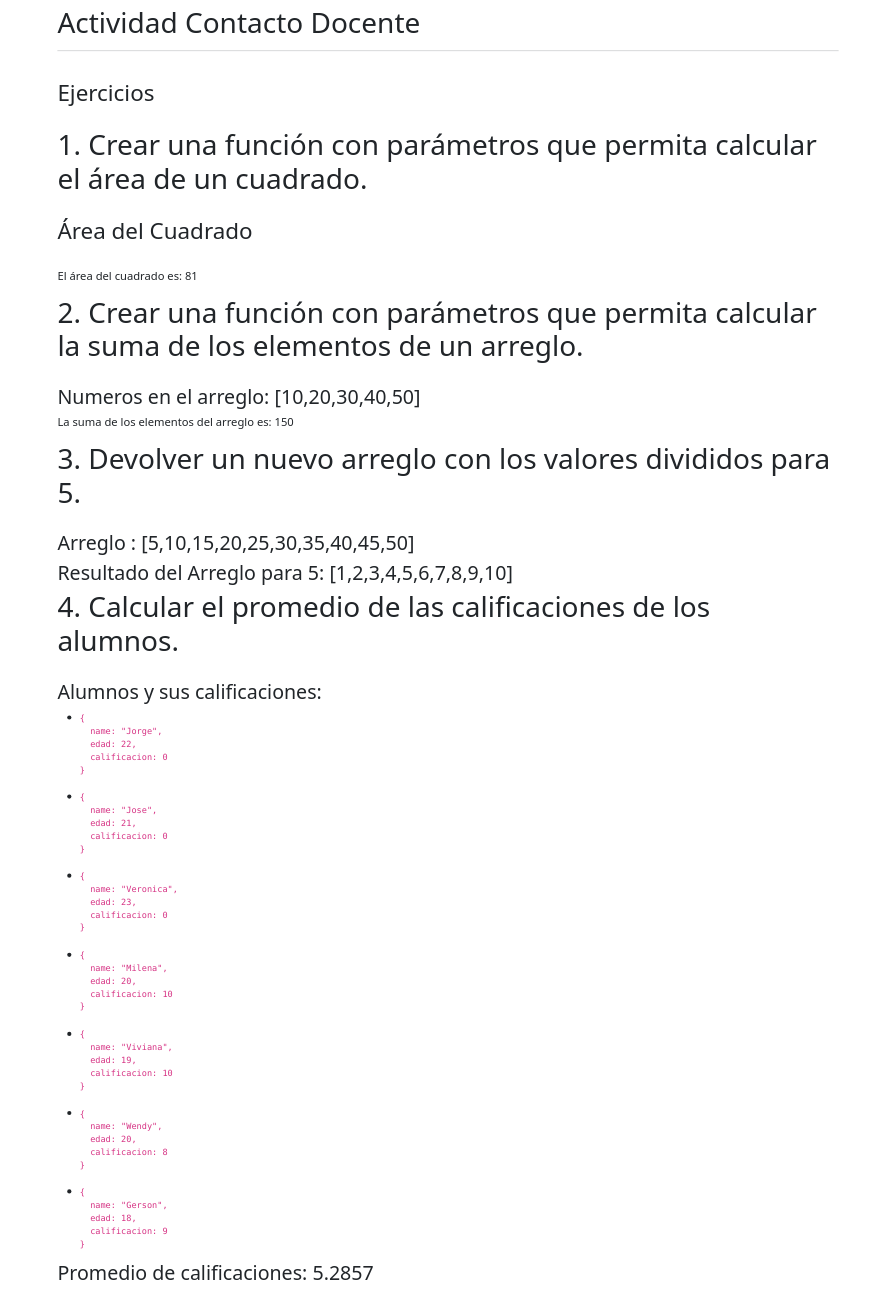
Repository: Jchimbo99/Actvidad1
Page: / (app in typescript-actividad/)
An editor plug-in stored every save of this project. The page is shown before and after the next save, followed by the edit.
The browser window is 1280 px wide. The pictures show the whole page, at 70% of full size.
The project was rebuilt for these pictures with package versions that can differ from the ones it lists, and the page was loaded fresh each time. Also part of the build but not shown: typescript-actividad/vite.config.ts.

Above is the page before, as saved 2025-01-22 21:12:15.

After the next save:
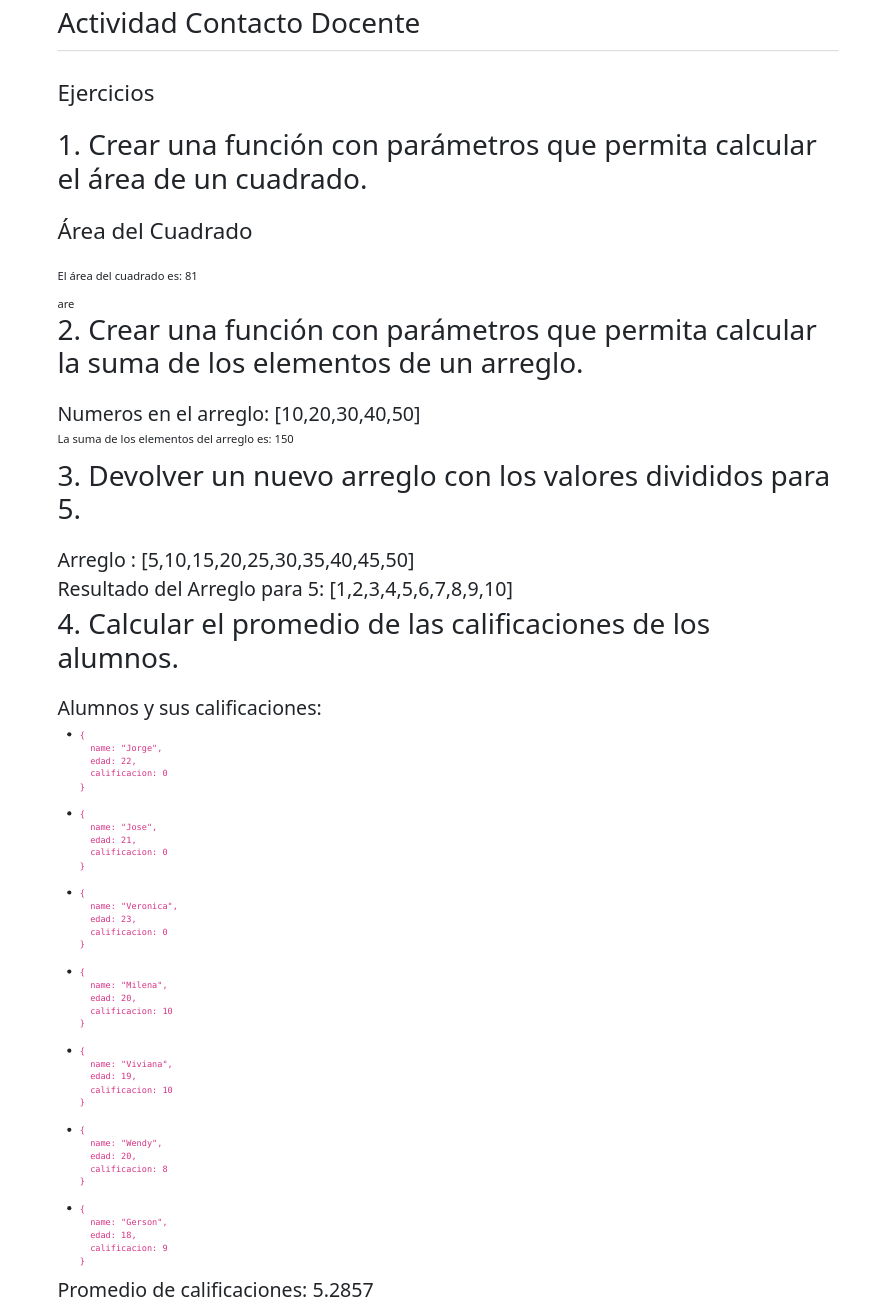
Saved 15 h 52 min later.
--- a/typescript-actividad/src/typescript/AreaCuadrado.tsx
+++ b/typescript-actividad/src/typescript/AreaCuadrado.tsx
@@ -10,6 +10,7 @@
             <h2>Área del Cuadrado</h2>
             <br />
             <p>El área del cuadrado es: {area}</p>
+            are
         </div>
     );
 }

After the save that followed:
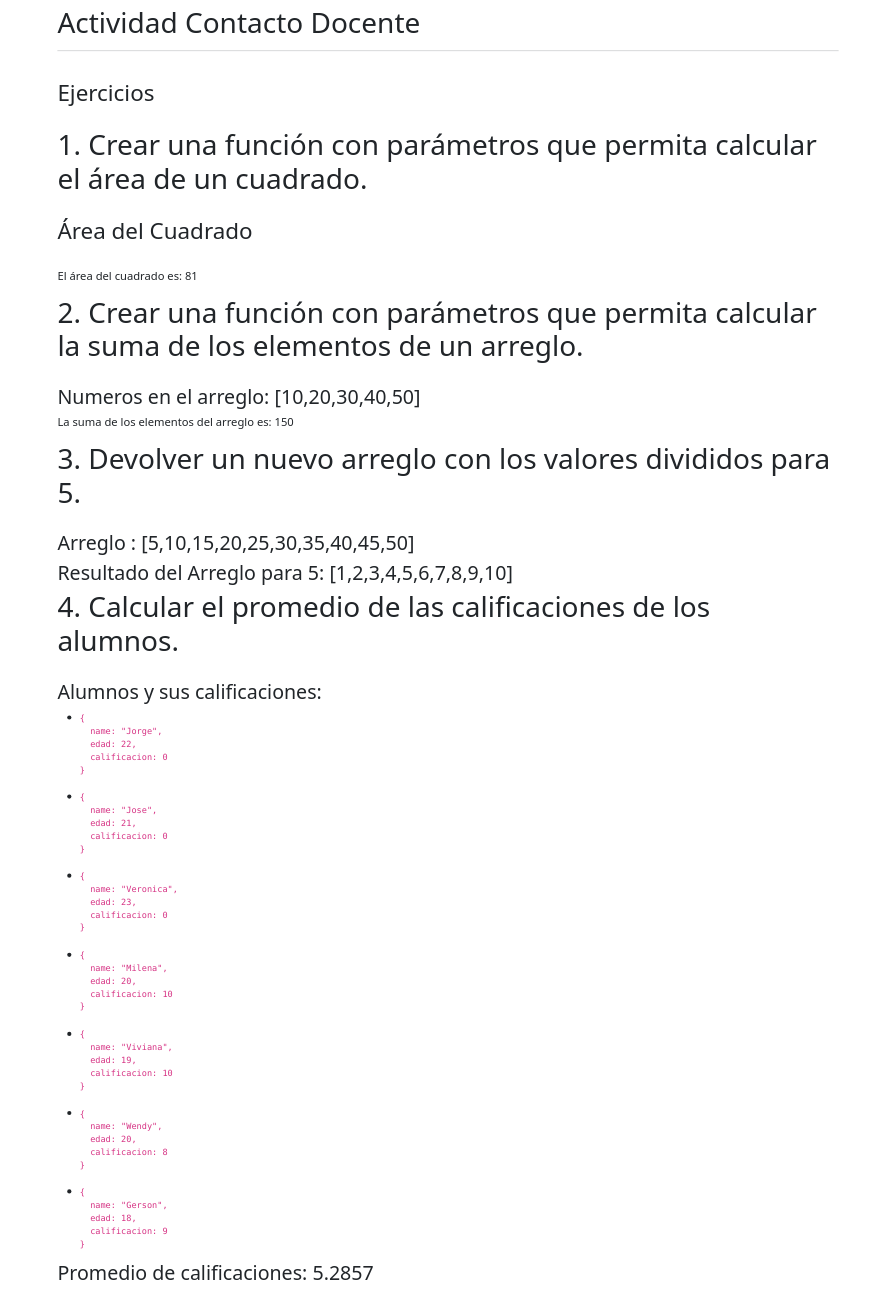
Saved 5 s later.
--- a/typescript-actividad/src/typescript/AreaCuadrado.tsx
+++ b/typescript-actividad/src/typescript/AreaCuadrado.tsx
@@ -10,7 +10,7 @@
             <h2>Área del Cuadrado</h2>
             <br />
             <p>El área del cuadrado es: {area}</p>
-            are
+
         </div>
     );
 }
